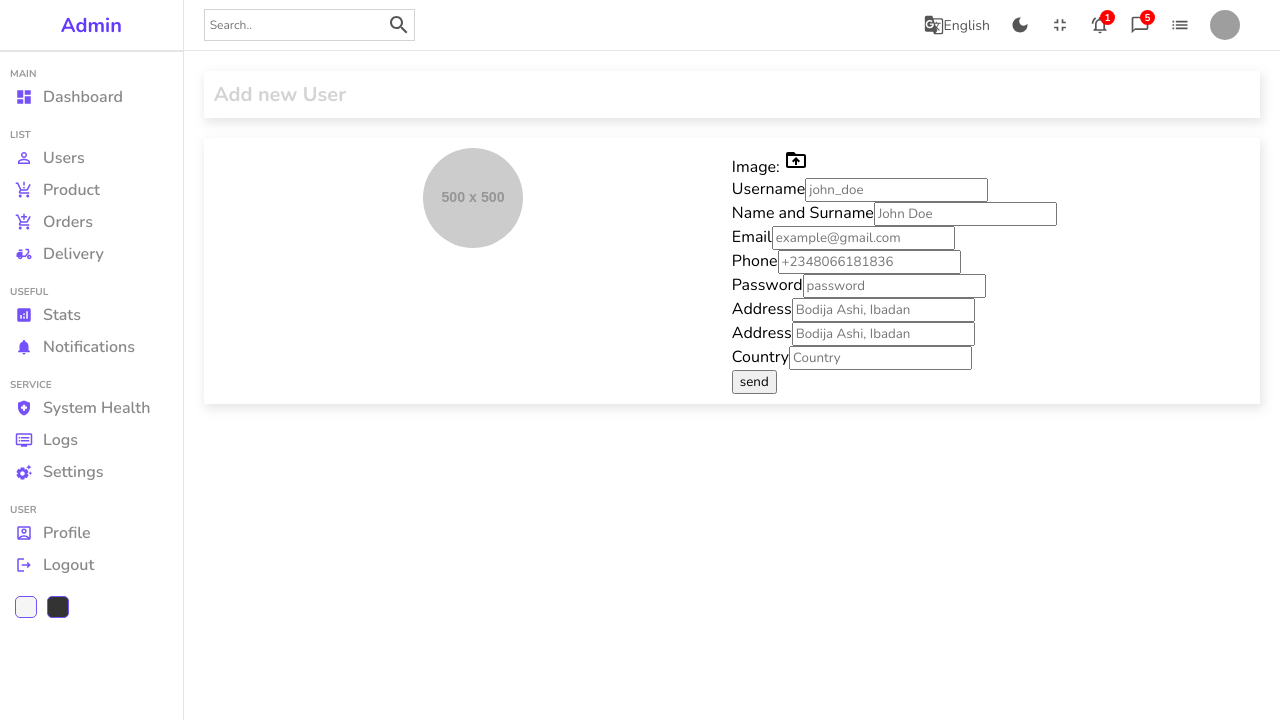
Repository: maescode/simple-react-admin-dashboard
Page: /users/new
An editor plug-in stored every save of this project. The page is shown before and after the next save, followed by the edit.
The browser window is 1280 px wide. The pictures show the whole page.
Pictures or frames that could not be fetched are drawn as grey boxes. The project was rebuilt for these pictures with package versions that can differ from the ones it lists, and the page was loaded fresh each time. Also part of the build but not shown: src/App.css, src/pages/home/home.scss, src/pages/components/widget/widget.scss, src/pages/components/widget/Widget.jsx, src/pages/components/featured/featured.scss, src/pages/components/featured/Featured.jsx, src/pages/components/chart/chart.scss, src/pages/components/chart/Chart.jsx and 11 more.

Above is the page before, as saved 2022-08-10 06:00:56.

After the next save:
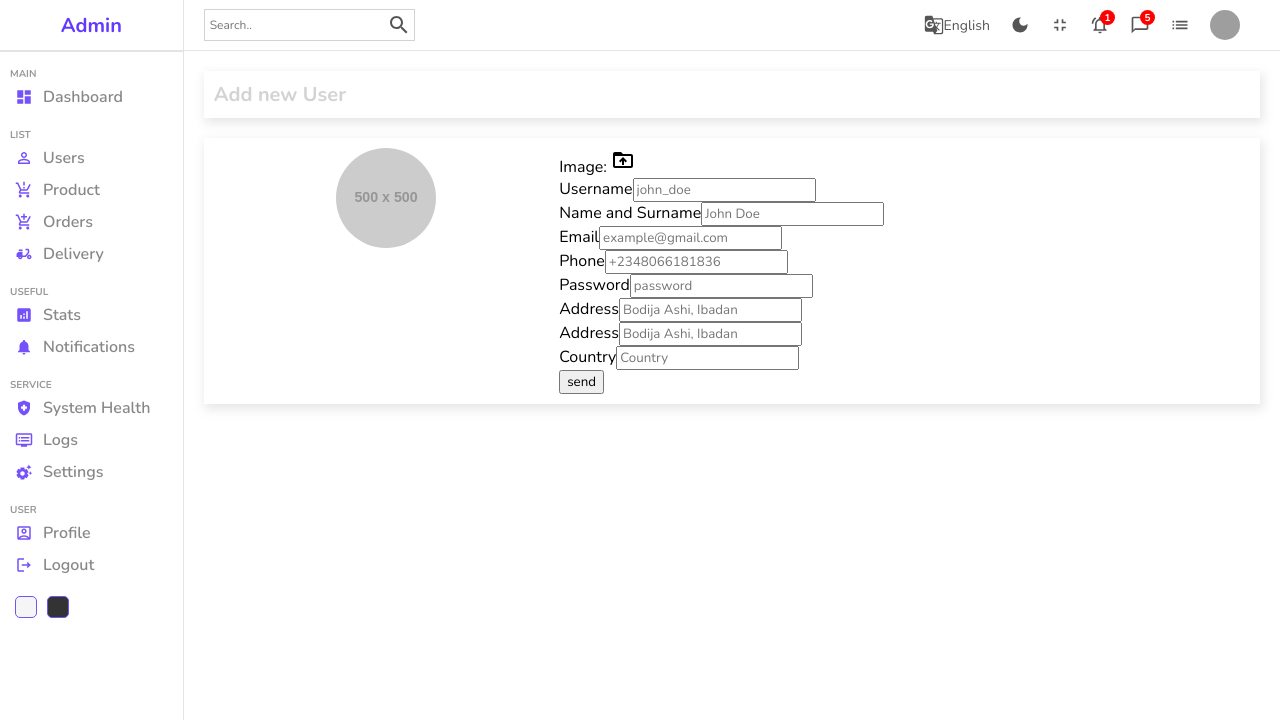
Saved 20 s later.
--- a/src/pages/new/new.scss
+++ b/src/pages/new/new.scss
@@ -30,7 +30,7 @@
       }
     }
     .right {
-      flex: 1;
+      flex: 2;
 
       //   form {
       //     display: flex;
